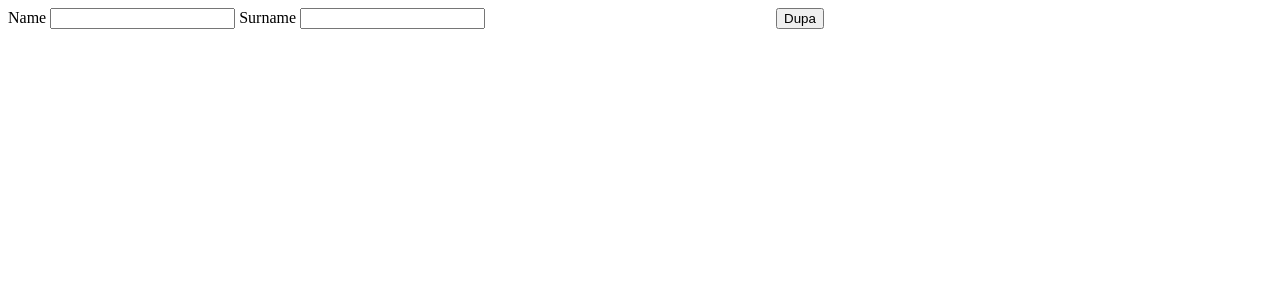
Repository: zlenyk/wrzucak
Page: Shop/WebContent/SearchFriend.html
These files come from the project's save history. The page is drawn as it stood at one moment and after the next save; the edit follows.
The browser window is 1280 px wide. The pictures show the whole page.

Above is the page before, as saved 2013-09-24 08:47:42.

After the next save:
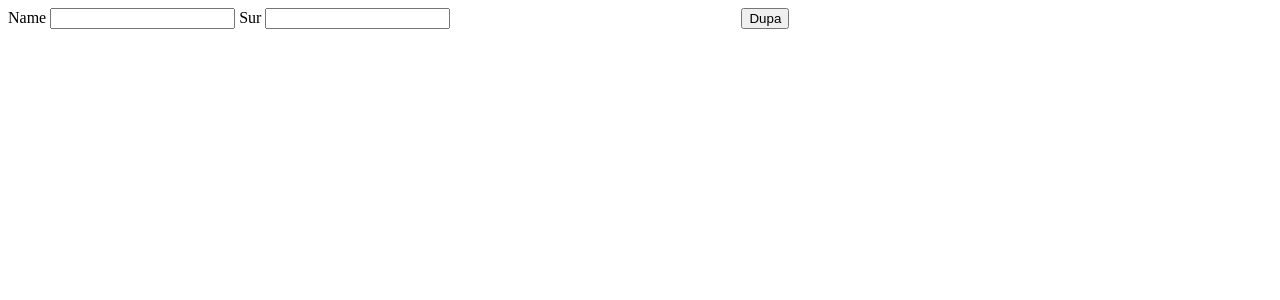
Saved 109 s later.
--- a/Shop/WebContent/SearchFriend.html
+++ b/Shop/WebContent/SearchFriend.html
@@ -9,7 +9,7 @@
 			<label for="name">Name</label>
 			<input type="text" id="name" name="name"/>
 
-			<label for="surname">Surname</label>
+			<label for="surname">Sur</label>
 			<input type="text" id="surname" name="surname"/>
 
 			<input type="submit" style="margin: -20px 0 0 287px;" value="Dupa"/>
